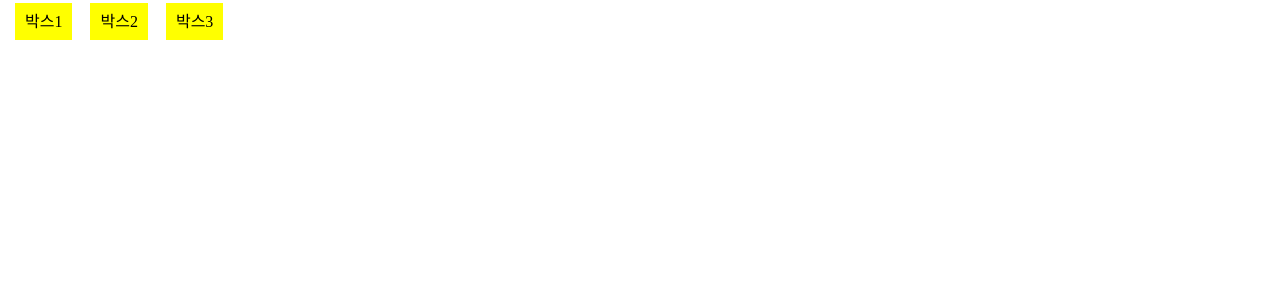
Repository: KimHeonSeung/TJE_HTML
Page: sources/day_04/WebContent/style_16.html
The author's editor kept a copy of each file at every save. The page is drawn from the files as they stood at one save, then again after the next save.
The browser window is 1280 px wide. The pictures show the whole page.

Above is the page before, as saved 2019-05-15 01:59:05.

After the next save:
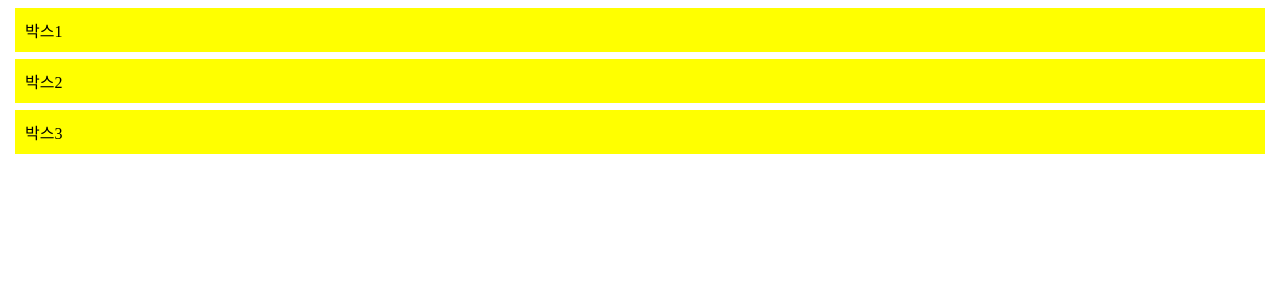
Saved 5 s later.
--- a/sources/day_04/WebContent/style_16.html
+++ b/sources/day_04/WebContent/style_16.html
@@ -10,6 +10,7 @@
 		padding: 10px;
 		background: yellow;
 
+		display: block;
 	}
 </style>
 

After the save that followed:
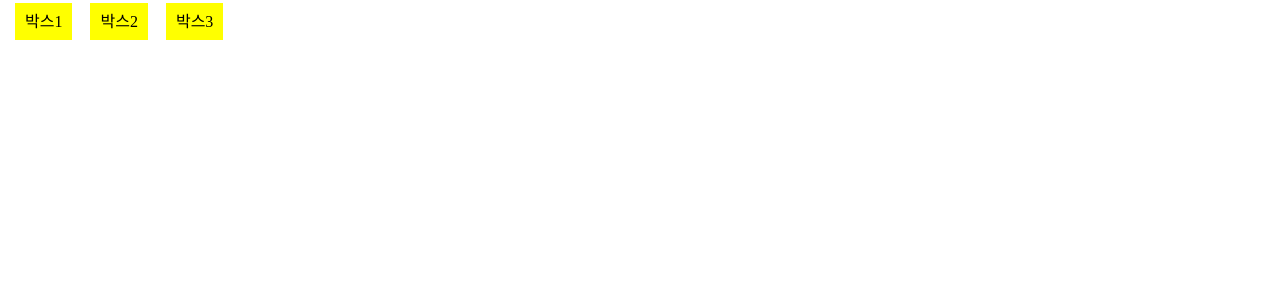
Saved 2 min 36 s later.
--- a/sources/day_04/WebContent/style_16.html
+++ b/sources/day_04/WebContent/style_16.html
@@ -10,7 +10,6 @@
 		padding: 10px;
 		background: yellow;
 
-		display: block;
 	}
 </style>
 
